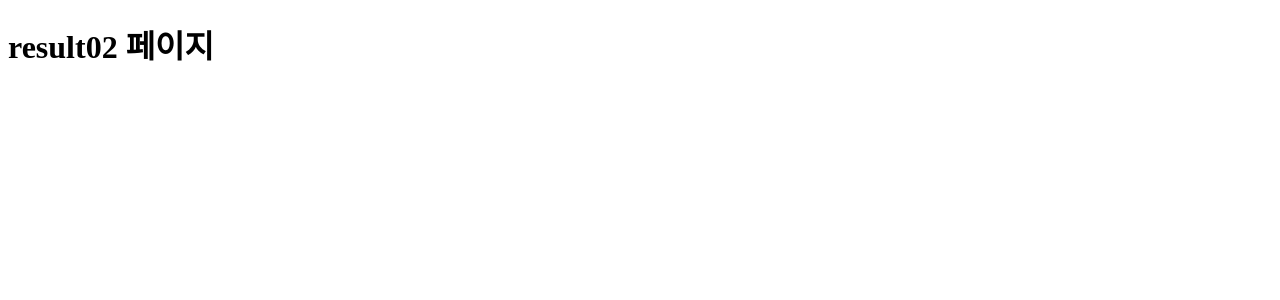
Repository: Kebiskim/2023_jspStudy
Page: http://localhost/01_servlet/view/result02.jsp
These files come from the project's save history. The page is drawn as it stood at one moment and after the next save; the edit follows.
The browser window is 1280 px wide. The pictures show the whole page.
The page is served by Tomcat 9. Nobody is signed in. The application's start-up code is not run. Other server files are loaded and not shown.

Above is the page before, as saved 2023-07-03 06:51:16.

### 01_servlet/src/main/webapp/view/result02.jsp
<%@ page language="java" contentType="text/html; charset=UTF-8"
    pageEncoding="UTF-8"%>
<!DOCTYPE html>
<html>
<head>
<meta charset="UTF-8">
<title>Insert title here</title>
</head>
<body>
	<h1>result02 페이지</h1>
</body>
</html>

After the next save:
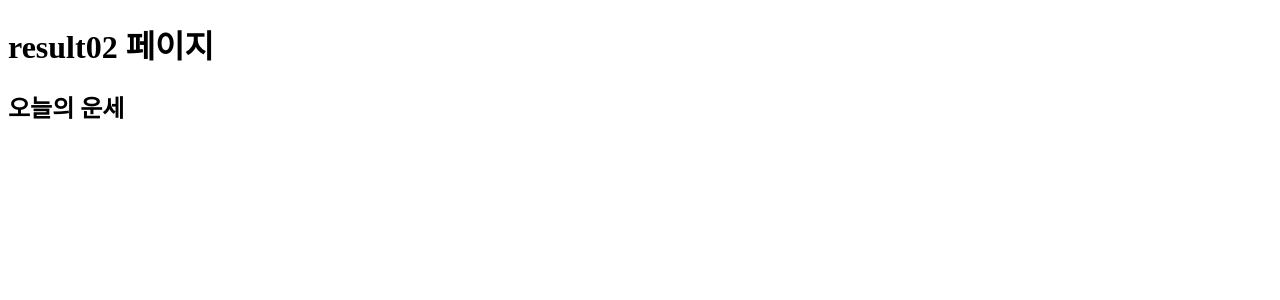
Saved 4 min 38 s later.
--- a/01_servlet/src/main/webapp/view/result02.jsp
+++ b/01_servlet/src/main/webapp/view/result02.jsp
@@ -8,5 +8,6 @@
 </head>
 <body>
 	<h1>result02 페이지</h1>
+	<h2>오늘의 운세</h2>
 </body>
 </html>
